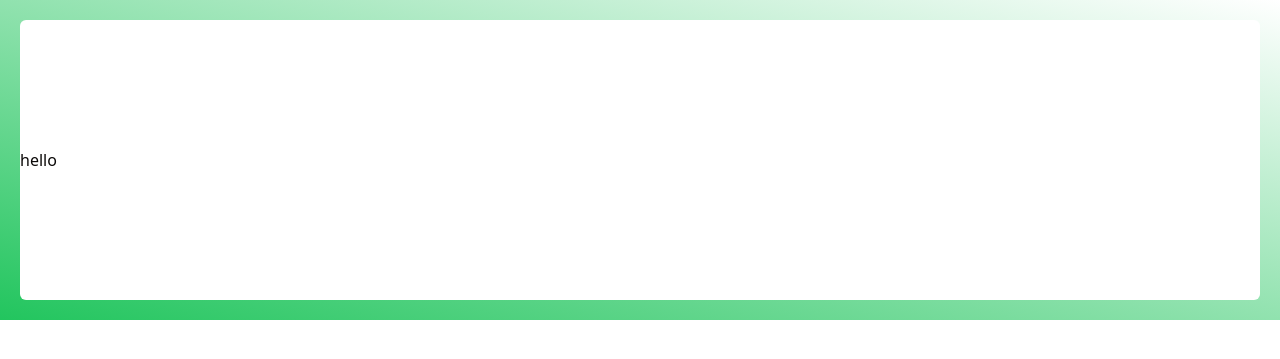
Repository: ankur28/chat-with-pdf
Page: /
The author's editor kept a copy of each file at every save. The page is drawn from the files as they stood at one save, then again after a run of saves.
The browser window is 1280 px wide. The pictures show the whole page.
The project was rebuilt for these pictures with package versions that can differ from the ones it lists, and the page was loaded fresh each time. Some packages were replaced by stand-ins written for this rebuild. The framework's server and built-in components were replaced by stand-ins that run in the browser. Also part of the build but not shown: next.config.js, next.config.mjs.

Above is the page before, as saved 2024-07-24 17:27:03.

### app/layout.tsx
import type { Metadata } from "next";
import { Inter } from "next/font/google";
import "./globals.css";
import {
  ClerkProvider,
} from '@clerk/nextjs'

const inter = Inter({ subsets: ["latin"] });

export const metadata: Metadata = {
  title: "ChatWithPDF",
  description: "Generated by create next app",
};

export default function RootLayout({
  children,
}: Readonly<{
  children: React.ReactNode;
}>) {
  return (
    <ClerkProvider>
        <html lang="en">
          <body className="min-h-screen h-screen overflow-hidden flex flex-col">{children}</body>
        </html>
    </ClerkProvider>
  );
}

### app/page.tsx
import Image from "next/image";
import {
  GlobeIcon,ZapIcon, BrainCogIcon, EyeIcon, ServerCogIcon, MonitorSmartphoneIcon
} from 'lucide-react'

const features = [
  {
  name: "keep all your important pdf files securely stored and easily accessible anytime, anywhere",
  description:
  "Store your crucial PDF files securely and enjoy seamless access from anywhere, at any time",
  icon: GlobeIcon,
  },
  {
  name: "Sizzling fast responses",
  description:
  "Experiene lightening-fast asnwers to your queries ensuring you get hte information you need instantly ",
  icon: ZapIcon,
  },
  {
  name: "store your PDF description",
  description:
  "Store your crucial PDF files securely and enjoy seamless access from anywhere, at any time",
  icon: GlobeIcon,
  },
  {
  name: "Chat Memorisation",
  description:
  "Our intelligent chatbot remembers previous interactions, providing a seamless and personalized experience",
  icon: BrainCogIcon,
  },
  {
  name: "Interactive PDF viewer",
  description:
  "Engage with your PDFs like never beforeusing our intuitive and interactive viewer ",
  icon: EyeIcon,
  },
  {
  name: "Cloud Backup",
  description:
  "Rest assured knowing your documents are safely backed up on the cloud, protected from loss or damage",
  icon: ServerCogIcon,
  },
  {
  name: "Responsive Across Devices",
  description:
  "Acces and chat with your PDFs seamlessly on any device, whether it's your desktop, tablet or smartphone",
  icon: MonitorSmartphoneIcon,
  },
  ];

export default function Home() {
  return (
    <main className="overflow-scroll p-2 lg:p-5 bg-gradient-to-bl from-white to-green-500">
      <div className="bg-white py-24 sm:py-32 rounded-md">
        <div>
          hello
        </div>
      </div>
    </main>
  );
}

Loaded but not shown: app/globals.css (common file); tailwind.config.ts (common file)

After the next 3 saves:
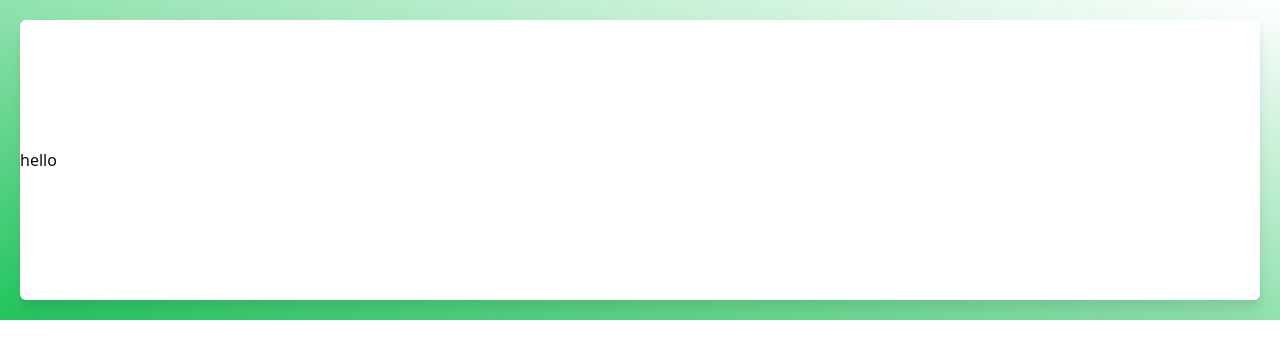
The 3 saves are shown as one change because they came seconds apart.
The last was saved 12 s later.
--- a/app/page.tsx
+++ b/app/page.tsx
@@ -51,7 +51,7 @@
 export default function Home() {
   return (
     <main className="overflow-scroll p-2 lg:p-5 bg-gradient-to-bl from-white to-green-500">
-      <div className="bg-white py-24 sm:py-32 rounded-md">
+      <div className="bg-white py-24 sm:py-32 rounded-md drop-shadow-xl">
         <div>
           hello
         </div>
